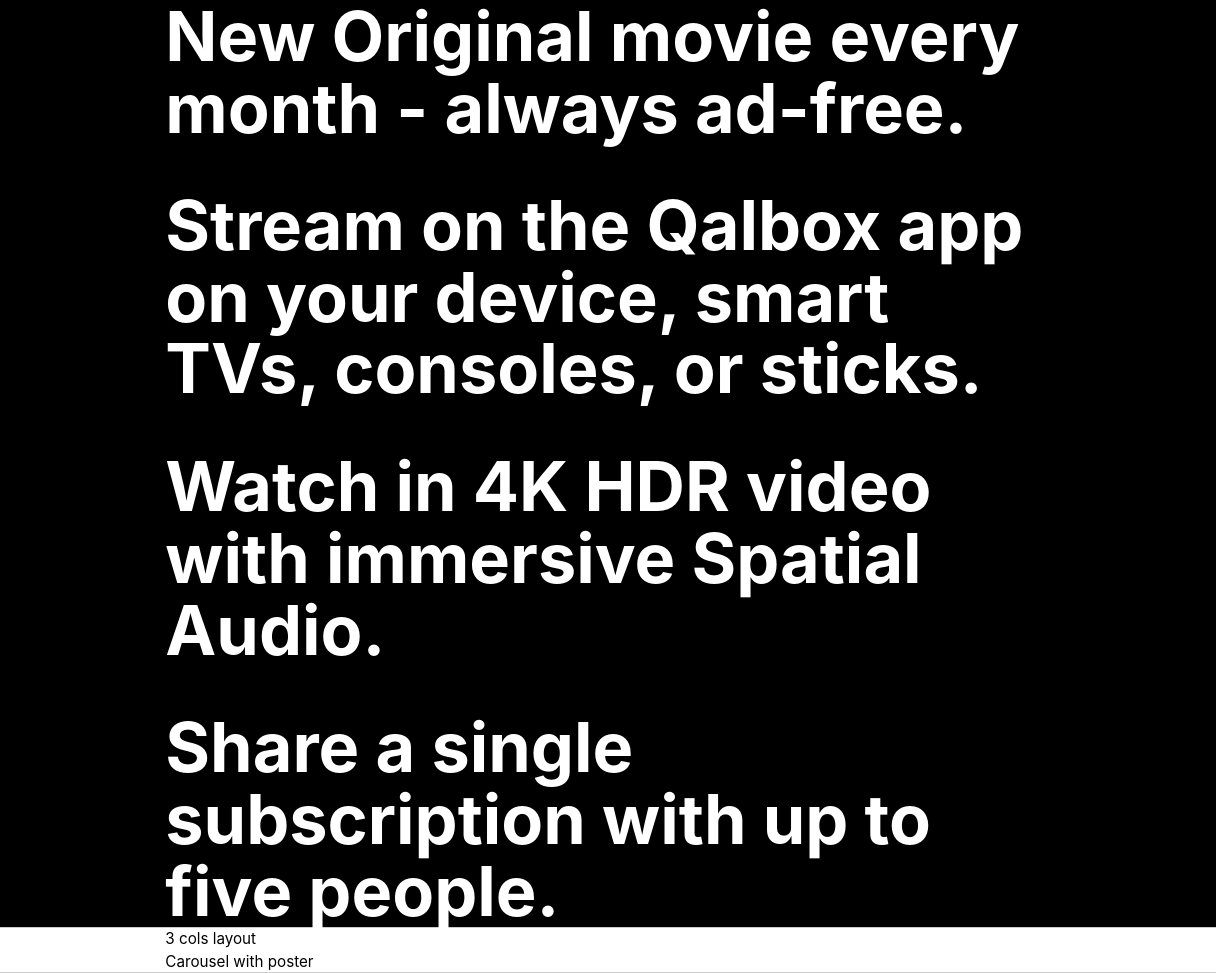
Repository: iqmalr/qalbox-rebuild
Page: /
An editor plug-in stored every save of this project. The page is shown before and after the next save, followed by the edit.
The browser window is 1280 px wide. The pictures show the part of the page from y = 720 to 1744 px (the page is 1744 px tall before and 1440 px after), at 95% of full size.
Some web fonts or font styles are not loaded; a fallback is used. The project was rebuilt for these pictures with package versions that can differ from the ones it lists, and the page was loaded fresh each time. Also part of the build but not shown: vite.config.ts. Imported but missing from the stored project, and not drawn on this page: src/assets/Hero.mp4.

Above is the page before, as saved 2024-09-16 13:53:07.

After the next save:
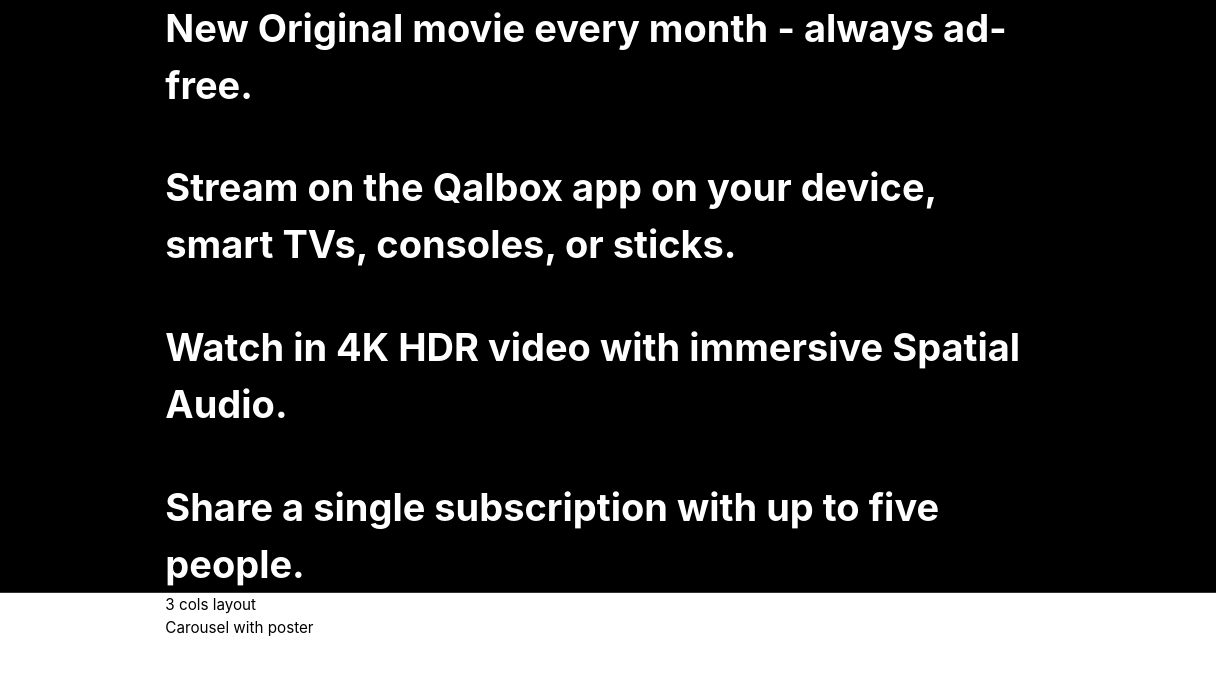
Saved 41 s later.
--- a/src/components/sections/USPS.tsx
+++ b/src/components/sections/USPS.tsx
@@ -3,16 +3,16 @@
 export const USPS = () => {
   return (
     <CustomContainer className="space-y-12 font-bold text-white">
-      <p className="text-72">
+      <p className="text-40">
         New Original movie every month - always ad-free.
       </p>
-      <p className="text-72">
+      <p className="text-40">
         Stream on the Qalbox app on your device, smart TVs, consoles, or sticks.
       </p>
-      <p className="text-72">
+      <p className="text-40">
         Watch in 4K HDR video with immersive Spatial Audio.
       </p>
-      <p className="text-72">
+      <p className="text-40">
         Share a single subscription with up to five people.
       </p>
     </CustomContainer>
